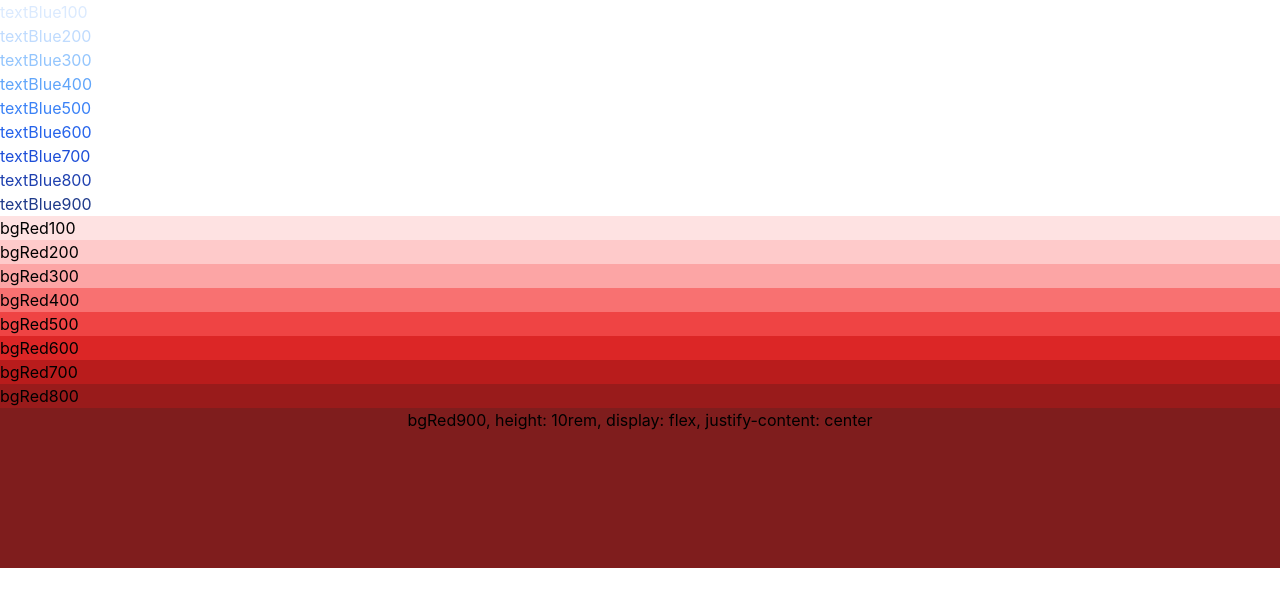
Repository: wogml3270/react-test-server
Page: /
An editor plug-in stored every save of this project. The page is shown before and after the next save, followed by the edit.
The browser window is 1280 px wide. The pictures show the whole page.
The project was rebuilt for these pictures with package versions that can differ from the ones it lists, and the page was loaded fresh each time. Also part of the build but not shown: src/App.css.

Above is the page before, as saved 2022-08-04 20:34:30.

### src/index.js
import React from 'react';
import ReactDOM from 'react-dom/client';
import './index.css';
import App from './App';
import reportWebVitals from './reportWebVitals';
import './tailwind.css';

const root = ReactDOM.createRoot(document.getElementById('root'));
root.render(
  <React.StrictMode>
    <App />
  </React.StrictMode>
);

// If you want to start measuring performance in your app, pass a function
// to log results (for example: reportWebVitals(console.log))
// or send to an analytics endpoint. Learn more: https://bit.ly/CRA-vitals
reportWebVitals();

### src/App.js

import './App.css';

function App() {
  return (
    <>
      <div className="">
        <h1 className="text-blue-100">textBlue100</h1>
        <h1 className="text-blue-200">textBlue200</h1>
        <h1 className="text-blue-300">textBlue300</h1>
        <h1 className="text-blue-400">textBlue400</h1>
        <h1 className="text-blue-500">textBlue500</h1>
        <h1 className="text-blue-600">textBlue600</h1>
        <h1 className="text-blue-700">textBlue700</h1>
        <h1 className="text-blue-800">textBlue800</h1>
        <h1 className="text-blue-900">textBlue900</h1>

        <h1 className="bg-red-100">bgRed100</h1>
        <h1 className="bg-red-200">bgRed200</h1>
        <h1 className="bg-red-300">bgRed300</h1>
        <h1 className="bg-red-400">bgRed400</h1>
        <h1 className="bg-red-500">bgRed500</h1>
        <h1 className="bg-red-600">bgRed600</h1>
        <h1 className="bg-red-700">bgRed700</h1>
        <h1 className="bg-red-800">bgRed800</h1>
        <h1 className="bg-red-900 h-40 flex justify-center align-middle">bgRed900, height: 10rem, display: flex, justify-content: center</h1>
      </div>
    </>
  );
}

export default App;

### src/tailwind.css
/* src/tailwind.css */

@tailwind base;
@tailwind components;
@tailwind utilities;

### tailwind.config.js
// tailwindcss.config.js

module.exports = {
    content: ['./src/**/*.{js,jsx,ts,tsx}', './public/index.html'],
    theme: {
        extend: {},
    },
    plugins: [],
};

Loaded but not shown: public/index.html (common file); src/index.css (common file); src/reportWebVitals.js (common file)

After the next save:
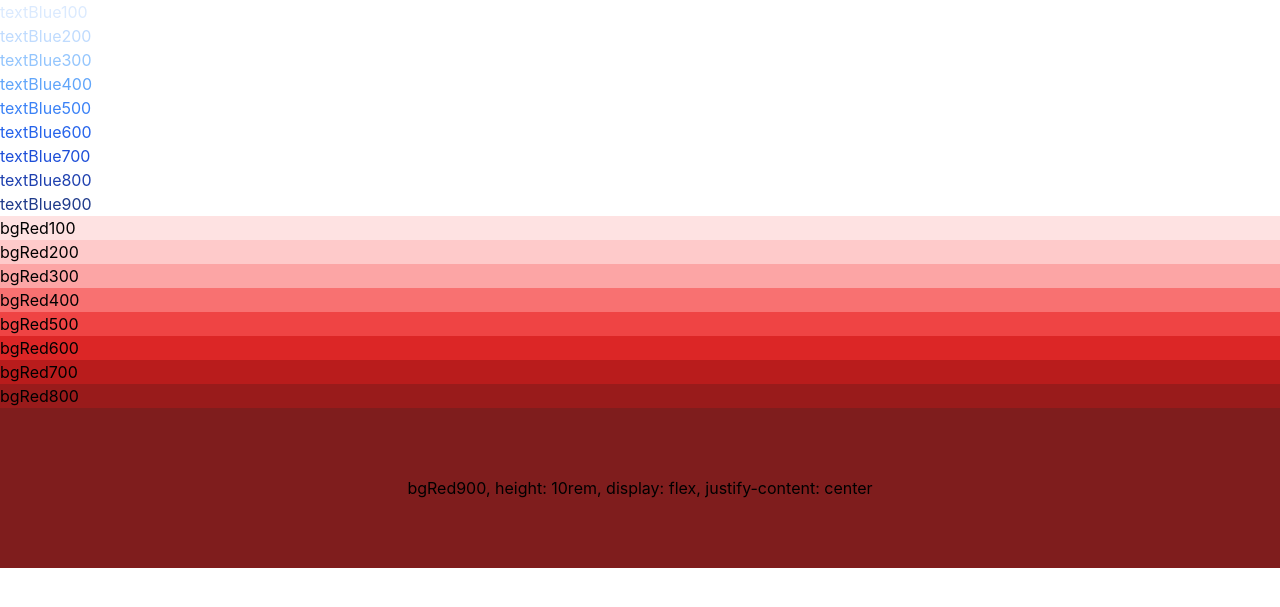
Saved 16 s later.
--- a/src/App.js
+++ b/src/App.js
@@ -23,7 +23,7 @@ function App() {
         <h1 className="bg-red-600">bgRed600</h1>
         <h1 className="bg-red-700">bgRed700</h1>
         <h1 className="bg-red-800">bgRed800</h1>
-        <h1 className="bg-red-900 h-40 flex justify-center align-middle">bgRed900, height: 10rem, display: flex, justify-content: center</h1>
+        <h1 className="bg-red-900 h-40 flex justify-center items-center">bgRed900, height: 10rem, display: flex, justify-content: center</h1>
       </div>
     </>
   );
